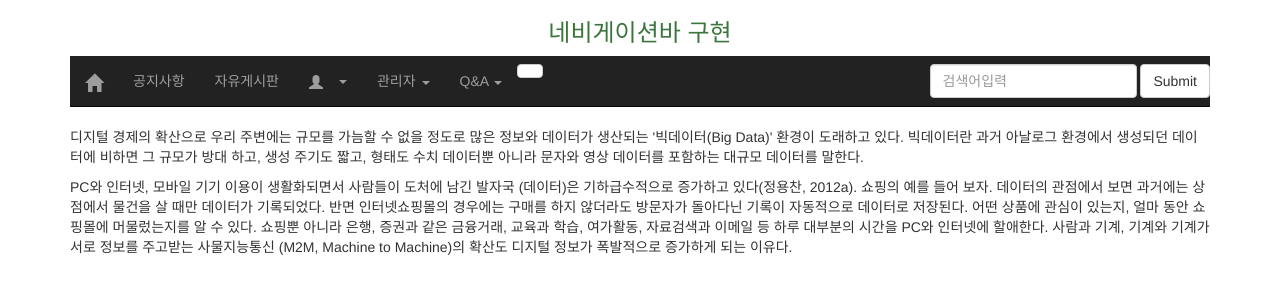
Repository: RYE415/4.jsp
Page: BootstrapTest/src/main/webapp/8.navigationbar/3.navbardropdown2.html
These files come from the project's save history. The page is drawn as it stood at one moment and after the next save; the edit follows.
The browser window is 1280 px wide. The pictures show the whole page.
Some web libraries are served in a nearby version.

Above is the page before, as saved 2022-08-10 06:52:05.

### BootstrapTest/src/main/webapp/8.navigationbar/3.navbardropdown2.html
<!DOCTYPE html>
<html lang="ko">
  <head>
    <meta charset="utf-8">
    <meta http-equiv="X-UA-Compatible" content="IE=edge">
    <meta name="viewport" content="width=device-width, initial-scale=1">
    <!-- 위 3개의 메타 태그는 *반드시* head 태그의 처음에 와야합니다; 어떤 다른 콘텐츠들은 반드시 이 태그들 *다음에* 와야 합니다 -->
    <title>예제</title>

    <!-- 부트스트랩 -->
    <link href="../css/bootstrap.min.css" rel="stylesheet">

    <!-- IE8 에서 HTML5 요소와 미디어 쿼리를 위한 HTML5 shim 와 Respond.js -->
    <!-- WARNING: Respond.js 는 당신이 file:// 을 통해 페이지를 볼 때는 동작하지 않습니다. -->
    <!--[if lt IE 9]>
      <script src="https://oss.maxcdn.com/html5shiv/3.7.2/html5shiv.min.js"></script>
      <script src="https://oss.maxcdn.com/respond/1.4.2/respond.min.js"></script>
    <![endif]-->
  </head>
  <body>
  <!--
  	1.navbar-inverse ->네비게이션 배경색과 텍스트색을 반전효과를 준다.
  	2.navbar-fixed-top을 적용->nav 태그에 적용(네비게이션바를 상단고정)
  		넓이가 100%로 확대(단점)->navbar-static-top(양쪽 padding O)
  		<->navbar-fixed-bottom(하단에 적용)
   -->
    <h3 class="text-success text-center">네비게이션바 구현</h3>
    <div class="container">

    	<!-- 상단메뉴 및 서브메뉴 포함된 bar 생성 -->
    	<nav class="navbar navbar-inverse navbar-static-top" role="navagation"><!-- 상단메뉴 및 서브메뉴 포함된 bar 생성 -->
    		<div class="navbar-header">

    			<button type="button" class="navbar-toggle"
    				data-toggle="collapse" data-target=".navbar-ex1-collapse">
    				<span class="sr-only">navigation title</span>
    				<span class="icon-bar"></span><!-- 영역설정 -->
    			</button>

    			<a class="navbar-brand glyphicon" href="index.jsp">
    				<span class="glyphicon glyphicon-home"></span>
    			</a>
    		</div>

    		<div class="collapse navbar-collapse navbar-ex1-collapse">
    			<ul class="nav navbar-nav">
    				<li><a href="#">공지사항</a></li>
    				<li><a href="#">자유게시판</a></li>
    				<!-- <li><a href="#">Q&A</a></li> -->
    				<li class="dropdown">
		     		<!-- <a data-toggle="dropdown" href="#">사용자
		     			  사용자를 지우고 링크 부분에
		     			  class="glyphicon glyphicon-user"
		     			-->
		     		<a class="glyphicon glyphicon-user"
		     		data-toggle="dropdown" href="#">
		     		<span class="caret"></span></a><!-- 이벤트대상 -->
		     		<ul class="dropdown-menu">
		     		<li><a href="#">회원로그인</a></li>
		     		<li><a href="#">자유게시판</a></li>
		     		<li><a href="#">설문조사</a></li>
		     		<li class="divider"></li><!-- 분리선 -->
		     		<li><a href="#">관리자</a></li>
		     		</ul>
     			</li>

     			<!-- 드롭다운 부분을 추가2 -->
     			<li class="dropdown">
		     		<a data-toggle="dropdown" href="#">관리자
		     		<span class="caret"></span></a><!-- 이벤트대상 -->
		     		<ul class="dropdown-menu">
		     		<li><a href="#">관리자 로그인</a></li>
		     		<li><a href="#">공지사항</a></li>
		     		<li><a href="#">통계처리</a></li>
		     		</ul>
     			</li>

     			<!-- 드롭다운 부분을 추가3 -->
     			<li class="dropdown">
		     		<a data-toggle="dropdown" href="#">Q&A
		     		<span class="caret"></span></a><!-- 이벤트대상 -->
		     		<ul class="dropdown-menu">
		     		<li><a href="#">자료실</a></li>
		     		<li><a href="#">자유게시판2</a></li>
		     		<li><a href="#">설문조사2</a></li>
		     		</ul>
     			</li>
    			</ul>

    			<form class="navbar-form navbar-right" role="search">
    				<div class="form-group">
    					<input type="text" class="form-control" placeholder="검색어입력">
    				</div>
    				<button type="button" class="btn btn-default">Submit</button>
    			</form>
    			<!--
    			1.네비게이션바에 버튼 추가->navbar-brn 클래스 이용
    			2.네비게이션바에 들어가는 문자열->navbar-text 이용
    			3.네비게이션바에 들어가는 링크문자열
    				->navbar-link(pull-right) 오른쪽에 배치
    			 -->
    		<button type="button" class="btn btn-default navbar-btn"></button>
    		</div>
    	</nav>
    	<article><!-- 본문내용 -->
    	<p>
       디지털 경제의 확산으로 우리 주변에는 규모를 가늠할 수 없을 정도로 많은 정보와
        데이터가 생산되는 '빅데이터(Big Data)' 환경이 도래하고 있다.
        빅데이터란 과거 아날로그 환경에서 생성되던 데이터에 비하면 그 규모가 방대
        하고, 생성 주기도 짧고, 형태도 수치 데이터뿐 아니라 문자와 영상 데이터를
        포함하는 대규모 데이터를 말한다.
     </p>
     <p>
     PC와 인터넷, 모바일 기기 이용이 생활화되면서 사람들이 도처에 남긴 발자국
     (데이터)은 기하급수적으로 증가하고 있다(정용찬, 2012a). 쇼핑의 예를 들어
     보자. 데이터의 관점에서 보면 과거에는 상점에서 물건을 살 때만 데이터가
     기록되었다. 반면 인터넷쇼핑몰의 경우에는 구매를 하지 않더라도 방문자가
      돌아다닌 기록이 자동적으로 데이터로 저장된다.
       어떤 상품에 관심이 있는지, 얼마 동안 쇼핑몰에 머물렀는지를 알 수 있다.
      쇼핑뿐 아니라 은행, 증권과 같은 금융거래, 교육과 학습, 여가활동, 자료검색과
       이메일 등 하루 대부분의 시간을 PC와 인터넷에 할애한다.
       사람과 기계, 기계와 기계가 서로 정보를 주고받는 사물지능통신
       (M2M, Machine to Machine)의 확산도 디지털 정보가 폭발적으로 증가하게
        되는 이유다.
     </p>
    	</article>
    </div>

    <!-- jQuery (부트스트랩의 자바스크립트 플러그인을 위해 필요합니다) -->
    <script src="https://ajax.googleapis.com/ajax/libs/jquery/1.11.2/jquery.min.js"></script>
    <!-- 모든 컴파일된 플러그인을 포함합니다 (아래), 원하지 않는다면 필요한 각각의 파일을 포함하세요 -->
    <script src="../js/bootstrap.min.js"></script>
  </body>
</html>

Loaded but not shown: BootstrapTest/src/main/webapp/css/bootstrap.min.css (library); BootstrapTest/src/main/webapp/js/bootstrap.min.js (library)

After the next save:
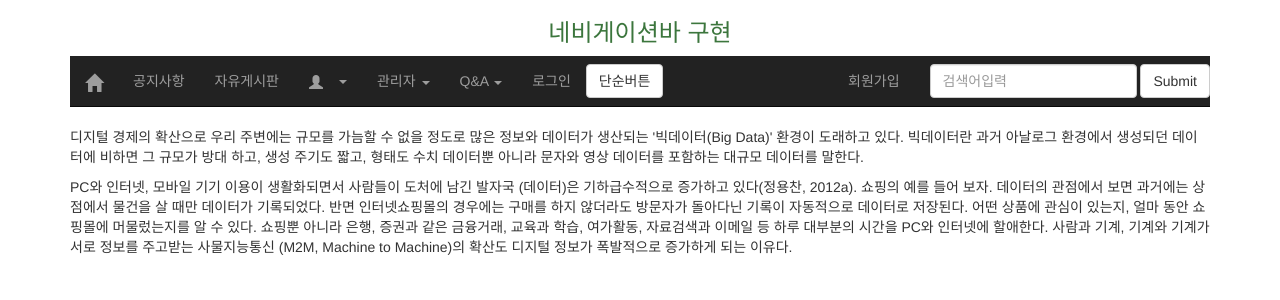
Saved 2 min 50 s later.
--- a/BootstrapTest/src/main/webapp/8.navigationbar/3.navbardropdown2.html
+++ b/BootstrapTest/src/main/webapp/8.navigationbar/3.navbardropdown2.html
@@ -99,7 +99,12 @@
     			3.네비게이션바에 들어가는 링크문자열
     				->navbar-link(pull-right) 오른쪽에 배치
     			 -->
-    		<button type="button" class="btn btn-default navbar-btn"></button>
+    		<button type="button" class="btn btn-default navbar-btn">단순버튼</button>
+    		<p class="navbar-text">로그인</p>
+    		<p class="navbar-text pull-right">
+    		<a href="register.jsp" class="navbar-link">회원가입</a>
+
+    		</p>
     		</div>
     	</nav>
     	<article><!-- 본문내용 -->
